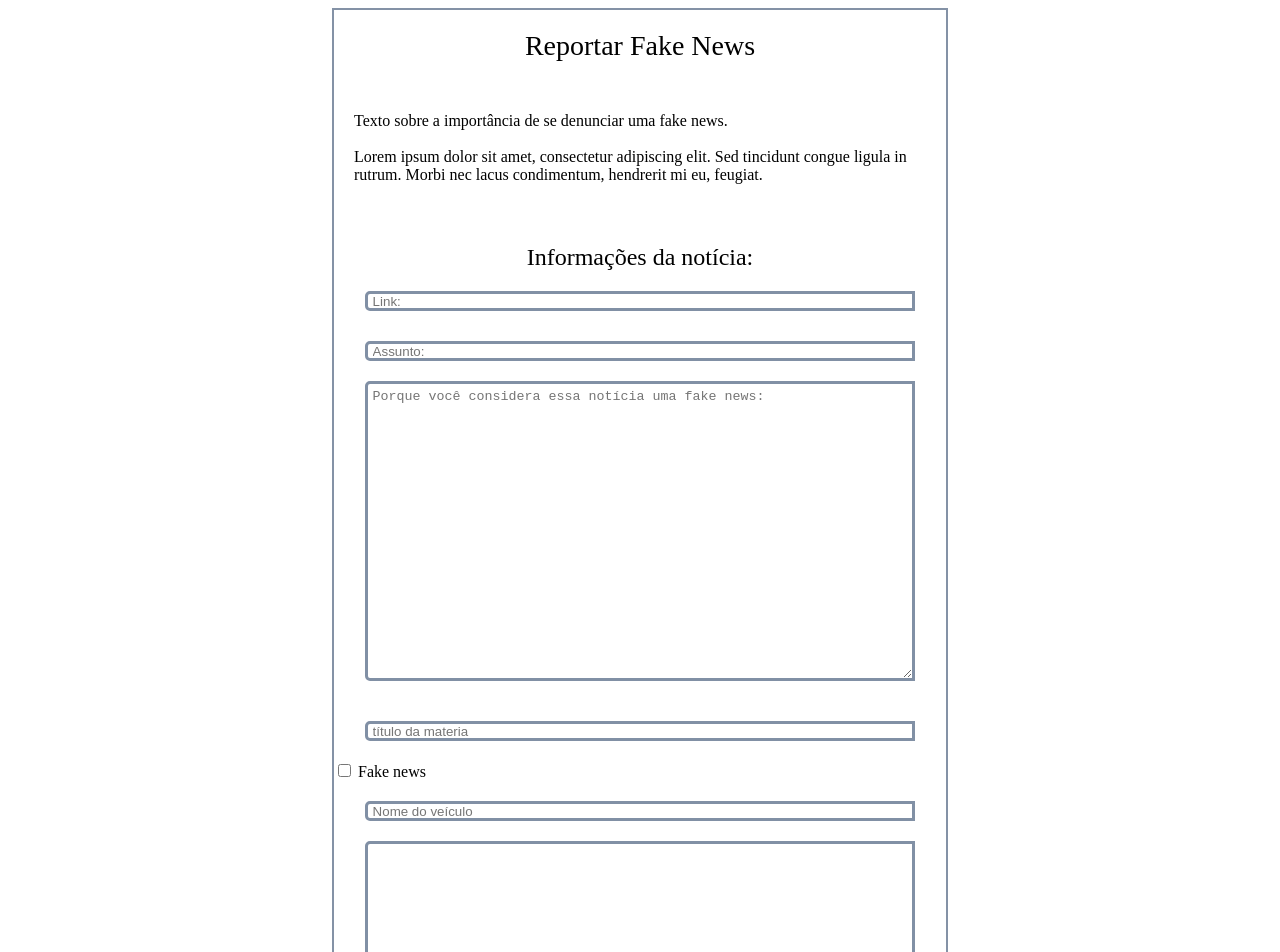
Repository: ICEI-PUC-Minas-PPLES-TI/plf-es-2021-1-ti1-7946100-04-fake-news-2
Page: Codigo/src/reportar/reportar_fn.html
An editor plug-in stored every save of this project. The page is shown before and after the next save, followed by the edit.
The browser window is 1280 px wide. The pictures show the part of the page from y = 0 to 952 px (the page is 1603 px tall before and 1689 px after).
A picture or video elsewhere on the page could not be fetched, so the positions and the page height are approximate. Some web libraries are served in a nearby version.

Above is the page before, as saved 2021-07-03 17:21:13.

After the next save:
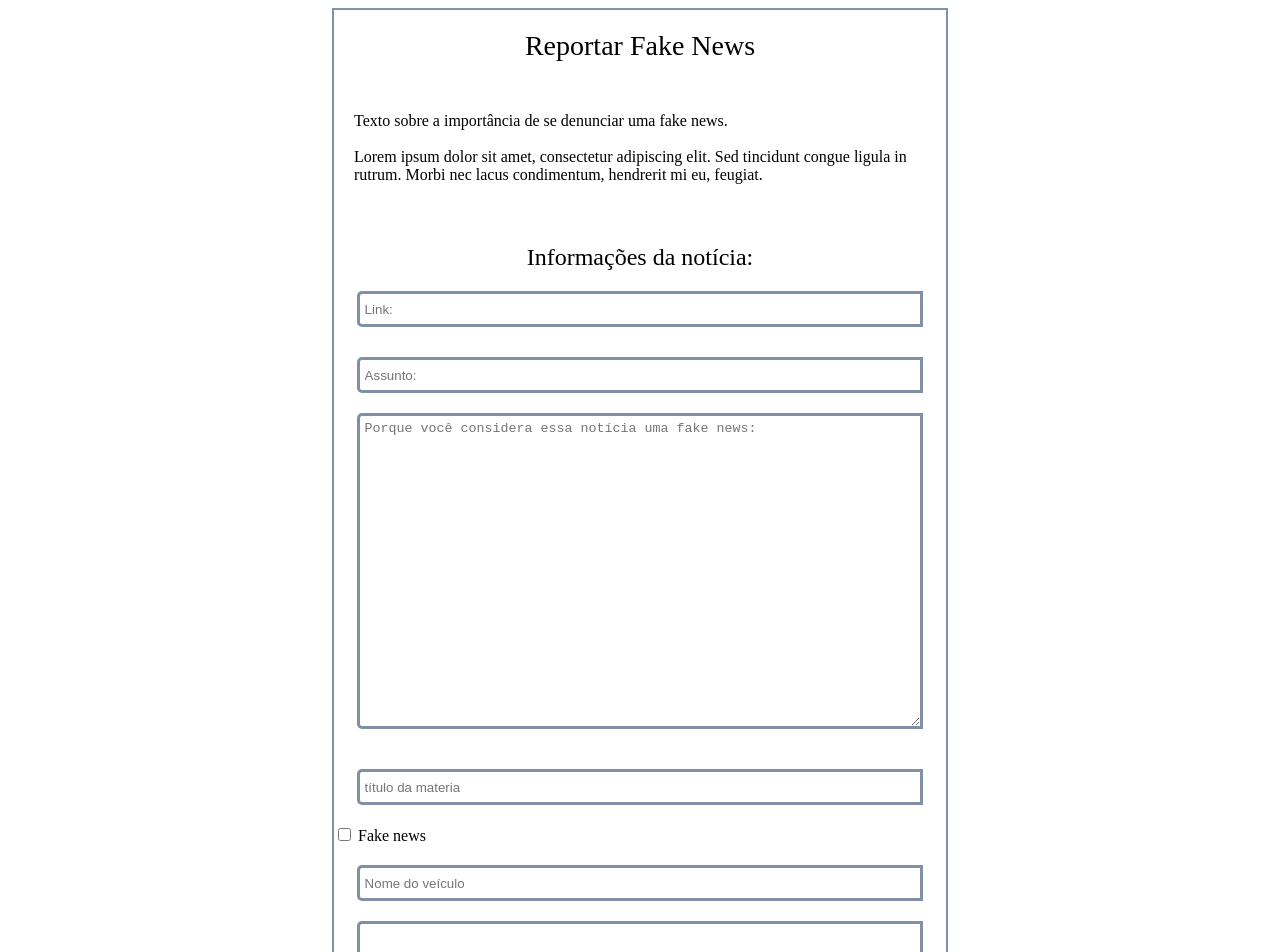
Saved 25 s later.
--- a/Codigo/src/reportar/reportar_fn.html
+++ b/Codigo/src/reportar/reportar_fn.html
@@ -1,3 +1,5 @@
+<!DOCTYPE html>
+<html>
     <head>
         <link rel="stylesheet" href="style.css">
         <link href="https://maxcdn.bootstrapcdn.com/font-awesome/4.1.0/css/font-awesome.min.css" rel="stylesheet">
@@ -9,6 +11,7 @@
 
     <header id="header">
     </header>
+
         <div class="register_body container col-6">
             <div style="margin: 0 20px">
 
@@ -75,3 +78,4 @@
         </div>
 
     </body>
+</html>
